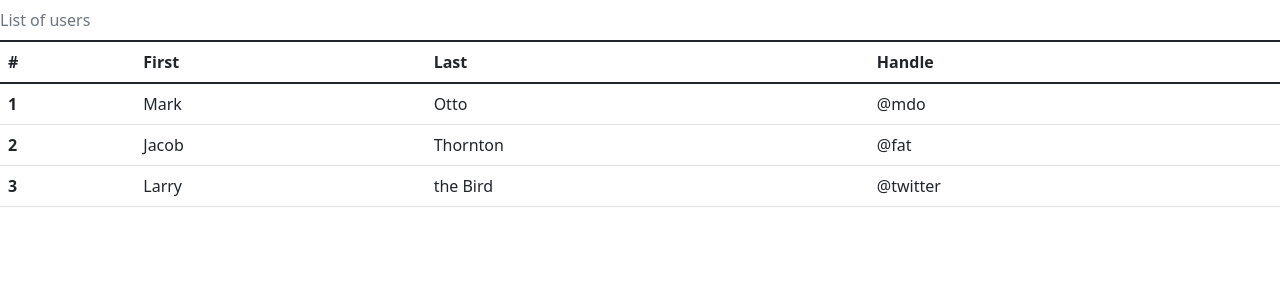
Repository: HeorhiiPotapov/contacts-app
Page: contacts/templates/contacts/list.html
An editor plug-in stored every save of this project. The page is shown before and after the next save, followed by the edit.
The browser window is 1280 px wide. The pictures show the whole page.
The template is drawn by Django 4.2. The application's start-up code is not run. Other server files are loaded and not shown. The template is opened directly, without the code that normally fills it, so the values that code supplies are empty.

Above is the page before, as saved 2021-10-03 18:49:15.

### contacts/templates/contacts/list.html
{% extends 'base.html' %} {% block title %}Contacts List{% endblock title %}
{%block content %}
<table class="table caption-top">
  <caption>
    List of users
  </caption>
  <thead>
    <tr>
      <th scope="col">#</th>
      <th scope="col">First</th>
      <th scope="col">Last</th>
      <th scope="col">Handle</th>
    </tr>
  </thead>
  <tbody>
    <tr>
      <th scope="row">1</th>
      <td>Mark</td>
      <td>Otto</td>
      <td>@mdo</td>
    </tr>
    <tr>
      <th scope="row">2</th>
      <td>Jacob</td>
      <td>Thornton</td>
      <td>@fat</td>
    </tr>
    <tr>
      <th scope="row">3</th>
      <td>Larry</td>
      <td>the Bird</td>
      <td>@twitter</td>
    </tr>
  </tbody>
</table>
{% endblock content %}

### templates/base.html
<!DOCTYPE html>
<html lang="en">
  <head>
    <meta charset="UTF-8" />
    <meta http-equiv="X-UA-Compatible" content="IE=edge" />
    <meta name="viewport" content="width=device-width, initial-scale=1.0" />
    <link
      href="https://cdn.jsdelivr.net/npm/bootstrap@5.1.1/dist/css/bootstrap.min.css"
      rel="stylesheet"
      integrity="sha384-F3w7mX95PdgyTmZZMECAngseQB83DfGTowi0iMjiWaeVhAn4FJkqJByhZMI3AhiU"
      crossorigin="anonymous"
    />
    <title>{% block title %}{% endblock title %}</title>
  </head>
  <body>
    {% block content %}{% endblock content %}

    <script
      src="https://cdn.jsdelivr.net/npm/@popperjs/core@2.9.3/dist/umd/popper.min.js"
      integrity="sha384-W8fXfP3gkOKtndU4JGtKDvXbO53Wy8SZCQHczT5FMiiqmQfUpWbYdTil/SxwZgAN"
      crossorigin="anonymous"
    ></script>
    <script
      src="https://cdn.jsdelivr.net/npm/bootstrap@5.1.1/dist/js/bootstrap.min.js"
      integrity="sha384-skAcpIdS7UcVUC05LJ9Dxay8AXcDYfBJqt1CJ85S/CFujBsIzCIv+l9liuYLaMQ/"
      crossorigin="anonymous"
    ></script>
  </body>
</html>

After the next save:
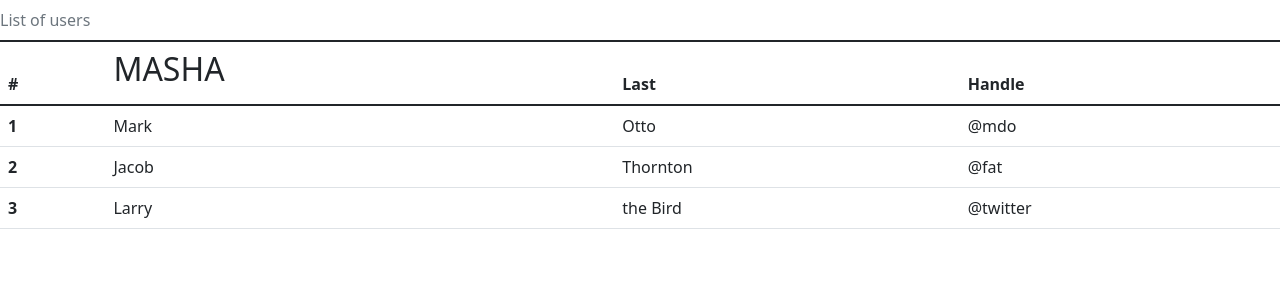
Saved 53 s later.
--- a/contacts/templates/contacts/list.html
+++ b/contacts/templates/contacts/list.html
@@ -7,7 +7,7 @@
   <thead>
     <tr>
       <th scope="col">#</th>
-      <th scope="col">First</th>
+      <th scope="col"><h2>MASHA</h2></th>
       <th scope="col">Last</th>
       <th scope="col">Handle</th>
     </tr>
